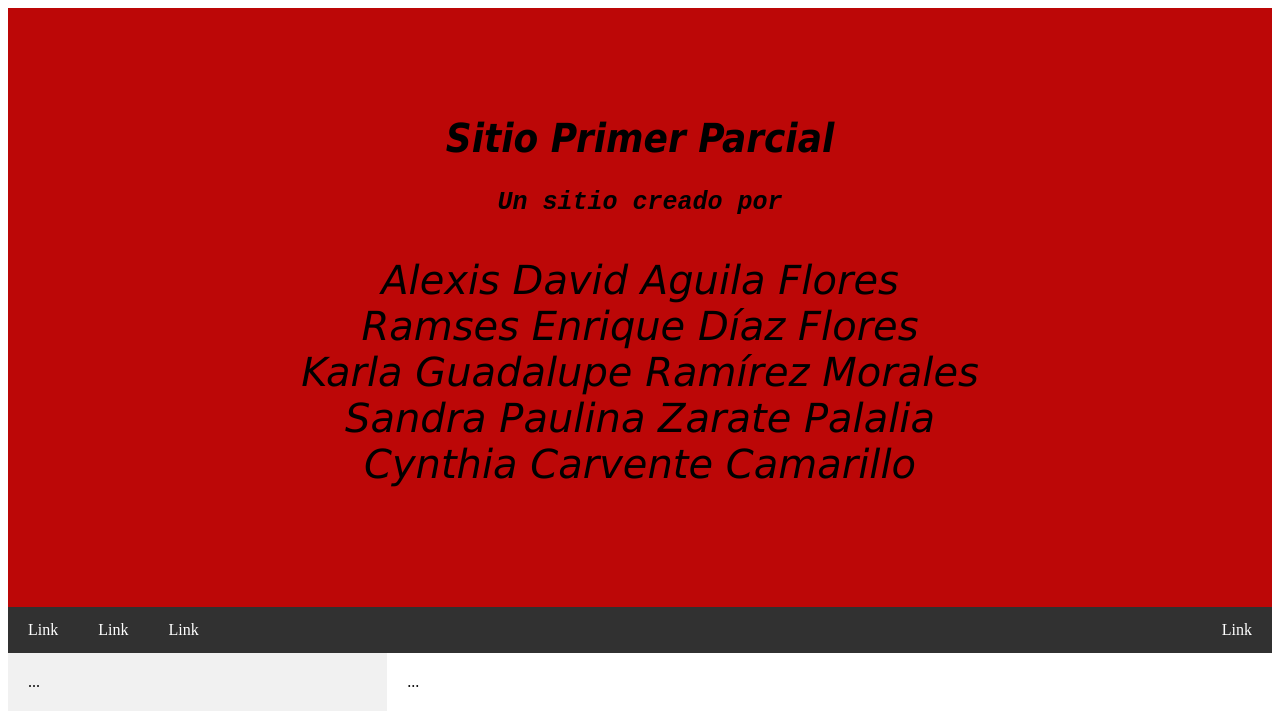
Repository: Dogueen/miniProyectoUniversidad
Page: miniProyecto/miniProyecto.html
An editor plug-in stored every save of this project. The page is shown before and after the next save, followed by the edit.
The browser window is 1280 px wide. The pictures show the whole page.

Above is the page before, as saved 2023-10-27 17:17:59.

After the next save:
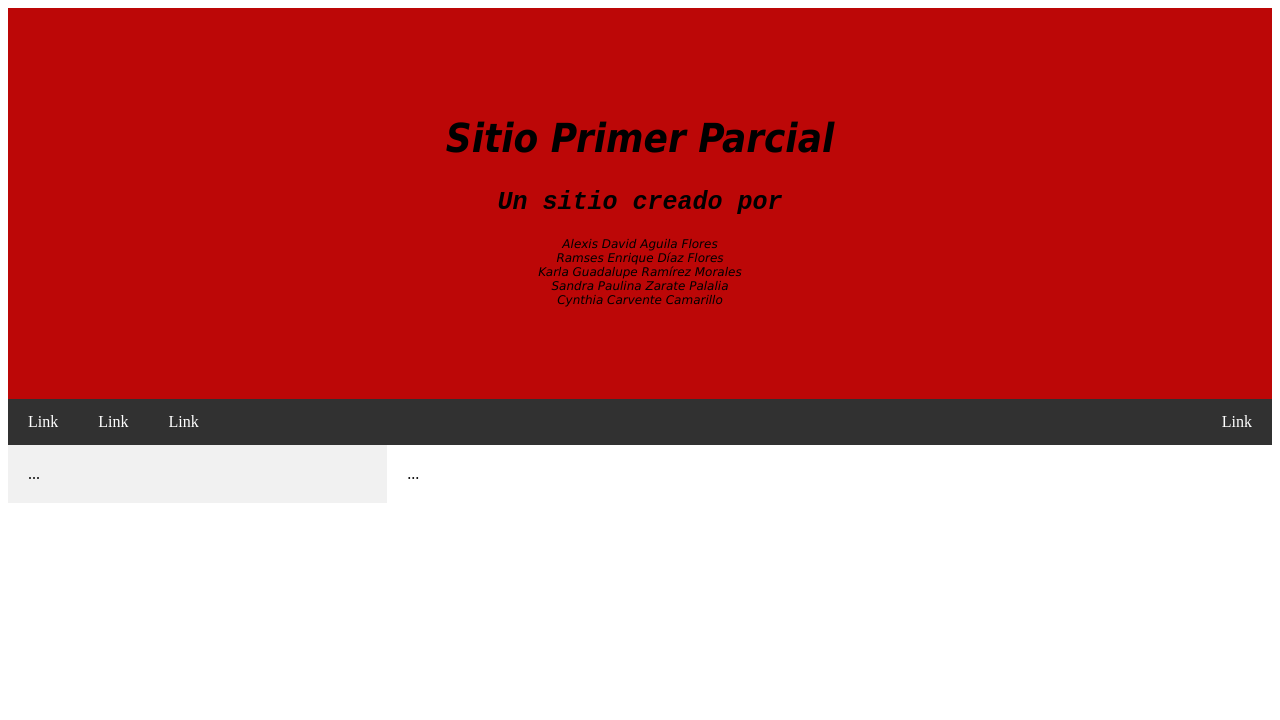
Saved 6 s later.
--- a/miniProyecto/styles/styles.css
+++ b/miniProyecto/styles/styles.css
@@ -29,7 +29,7 @@
 }
 
 .header dl  {
-    font-size: 40px;
+    font-size: 12px;
     font-style: italic ;
     font-family: Verdana, Geneva, Tahoma, sans-serif;
     color:#000000;
